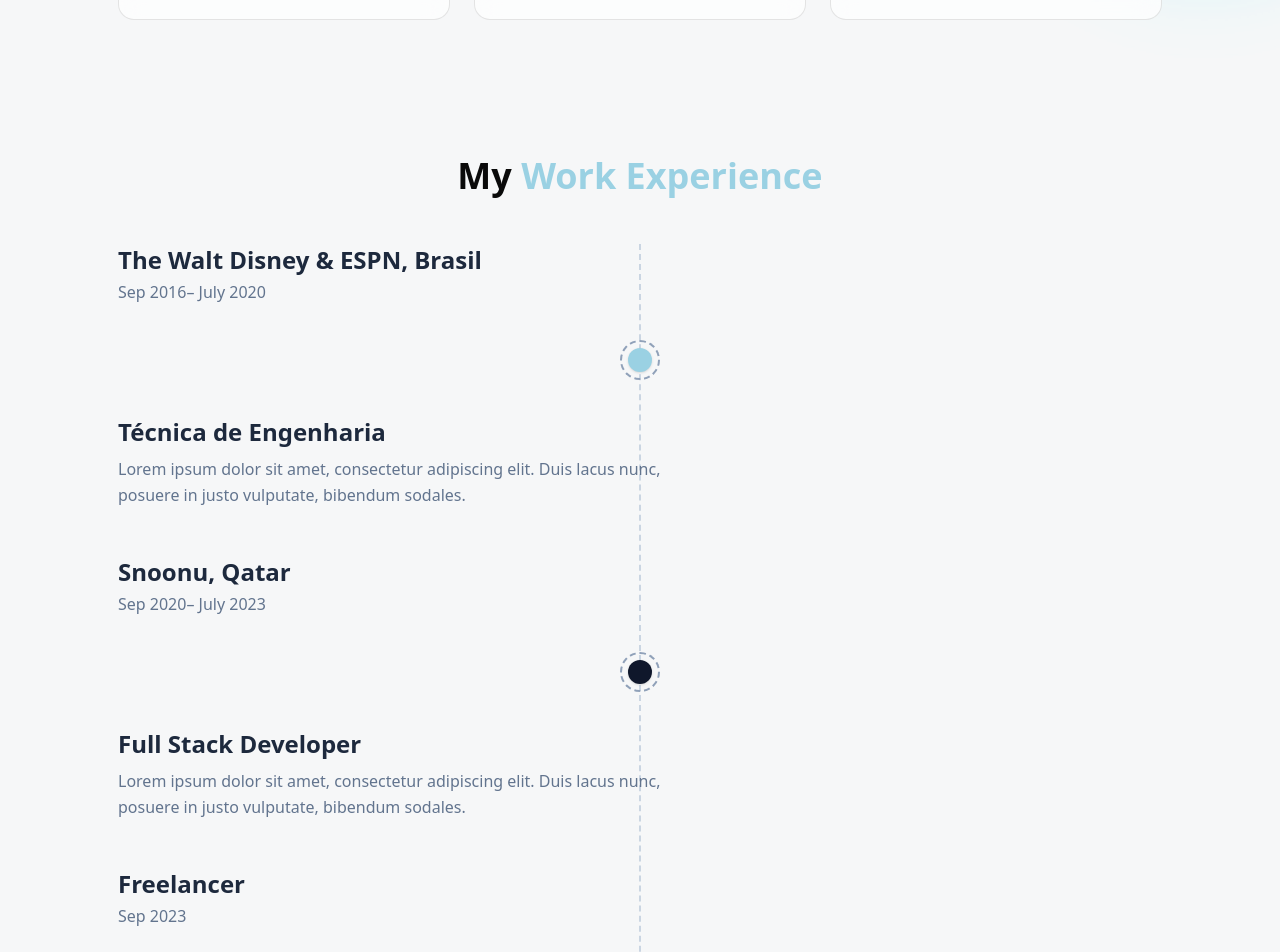
Repository: nina-rebello/portfolio
Page: /
The author's editor kept a copy of each file at every save. The page is drawn from the files as they stood at one save, then again after the next save.
The browser window is 1280 px wide. The pictures show the part of the page from y = 2029 to 2981 px (the page is 3181 px tall before and 3189 px after).
The project was rebuilt for these pictures with package versions that can differ from the ones it lists, and the page was loaded fresh each time. Some packages were replaced by stand-ins written for this rebuild. The framework's server and built-in components were replaced by stand-ins that run in the browser. Also part of the build but not shown: next.config.ts.

Above is the page before, as saved 2025-09-11 18:48:01.

### app/page.tsx
// app/page.tsx
import Header from "@/components/header/Header";
import AboutMe from "@/components/sections/About";
import Hero from "@/components/sections/Hero";
import Projects from "@/components/sections/Projects";
import Services from "@/components/sections/Services";
import WorkExperience from "@/components/sections/WorkExperience";

export default function HomePage() {
  return (
    <>
      <Header />
      <main>
        <Hero />
        <AboutMe />
        <Services />
        <Projects />
        <WorkExperience />
      </main>
    </>
  );
}

### app/globals.css
@import "tailwindcss";
/* app/(styles)/header.css */
:root{
  --bg:#f6f7f8;           /* fundo clarinho do mock */
  --ink:#0a0a0a;          /* texto principal */
  --muted:#4b5563;        /* texto secundário */
  --pill:#ffffff;         /* fundo do header/cta pill */
  --brand:#9ad1e3;        /* azul do “Nina” e estrelas */
}

html,body{background:var(--bg); color:var(--ink);}

/* helpers */
.container-hero{max-width:1100px; margin-inline:auto; padding-inline:clamp(16px,3vw,28px);}
.glass{
  background:var(--pill);
  border:1px solid rgba(0,0,0,.08);
  box-shadow:0 6px 24px rgba(0,0,0,.08);
}
.btn-pill{
  border-radius:9999px; padding:10px 18px; font-weight:600;
  background:#111; color:#fff; border:1px solid rgba(255,255,255,.1);
  transition:transform .15s ease, box-shadow .15s ease, opacity .2s ease;
}
.btn-pill:hover{ transform:translateY(-1px); box-shadow:0 8px 24px rgba(0,0,0,.18);}
.nav-link{ padding:10px 14px; border-radius:12px; font-weight:600; }
.nav-link:hover{ background:rgba(0,0,0,.04); }

.no-scrollbar::-webkit-scrollbar{ display:none; }
.no-scrollbar{ -ms-overflow-style:none; scrollbar-width:none; }

### components/header/Header.tsx
"use client";

import Link from "next/link";
import { useState, useEffect } from "react";
import { Menu, X } from "lucide-react";

const NAV = [
  { label: "About", href: "#about" },
  { label: "Services", href: "#services" },
  { label: "Projects", href: "#projects" },
  { label: "Contact", href: "#contact" },
];

export default function Header() {
  const [open, setOpen] = useState(false);

  // fecha o menu ao navegar/scroll
  useEffect(() => {
    const close = () => setOpen(false);
    window.addEventListener("scroll", close);
    return () => window.removeEventListener("scroll", close);
  }, []);

  return (
    <header className="sticky top-7 z-50">
      <div className="container-hero">
        <div
          className="glass flex items-center justify-between rounded-[32px] px-4 sm:px-6 py-1.5"
          role="navigation"
          aria-label="Primary"
        >
          {/* logo / nome */}
          <Link href="/" className="font-bold tracking-tight text-xl sm:text-2xl">
            Nina
          </Link>

          {/* desktop nav */}
          <nav className="hidden md:flex items-center gap-1">
            {NAV.map((i) => (
              <a key={i.href} href={i.href} className="nav-link">
                {i.label}
              </a>
            ))}
          </nav>

          {/* CTA */}
          <div className="hidden md:block">
            <a href="#contact" className="btn-pill">Let’s Talk</a>
          </div>

          {/* mobile toggle */}
          <button
            aria-label="Abrir menu"
            className="md:hidden p-2 rounded-xl hover:bg-black/5"
            onClick={() => setOpen((v) => !v)}
          >
            {open ? <X /> : <Menu />}
          </button>
        </div>

        {/* mobile sheet */}
        {open && (
          <div className="md:hidden mt-2 glass rounded-3xl p-3">
            <nav className="grid gap-1">
              {NAV.map((i) => (
                <a
                  key={i.href}
                  href={i.href}
                  className="nav-link"
                  onClick={() => setOpen(false)}
                >
                  {i.label}
                </a>
              ))}
              <a href="#contact" className="btn-pill text-center mt-1">
                Let’s Talk
              </a>
            </nav>
          </div>
        )}
      </div>
    </header>
  );
}

### components/sections/About.tsx
export default function AboutMe() {
  return (
    <section id="about" className="bg-[#111] text-white  py-11 sm:py-15 mt-4 sm:mt-20">
      <div className="container-hero text-center">
        <h2 className="text-3xl sm:text-4xl font-extrabold mb-6">
          About Me
        </h2>
        <p className="max-w-2xl mx-auto text-lg text-gray-300 leading-relaxed">
          I’m a passionate website developer focused on building
          clean, responsive, and user-friendly websites.
          {/* <br /> */}
          With strong attention to detail and a love for design,
          I combine creativity with functionality.
        </p>
      </div>
    </section>
  );
}

### components/sections/Hero.tsx
import { Quote, Star } from "lucide-react";

function HelloBubble() {
  return (
    <div className="inline-flex items-center gap-2">
      <span className="inline-flex items-center justify-center rounded-full border px-4 py-2 text-sm font-semibold">
        Hello!
      </span>
    </div>
  );
}

export default function Hero() {
  return (
    <section className="pt-20 sm:pt-28">
      <div className="container-hero">
        {/* bloco principal */}
        <div className="text-center">
          <div className="mb-6 sm:mb-8">
            <HelloBubble />
          </div>

          <p className="text-4xl sm:text-5xl md:text-6xl font-bold tracking-tight">
            I’m{" "}
            <span style={{ color: "var(--brand)" }}>
              Nina
            </span>
            ,
          </p>
          <h1 className="mt-2 text-4xl sm:text-6xl md:text-7xl font-bold tracking-tight">
            Website Developer
          </h1>
        </div>

        {/* faixa inferior: quote esquerda / rating direita */}
        <div className="mt-16 grid grid-cols-1 md:grid-cols-2 gap-8 items-start">
          {/* quote */}
          <div className="flex gap-3">
            <div className="mt-1">
              <Quote className="text-[var(--brand)]" />
            </div>
            <div>
              <p className="font-semibold">
                Lorem ipsum dolor sit amet, consectetur adipiscing elit
              </p>
              <p className="text-[var(--muted)]">
                sed do eiusmod tempor incididunt ut labore et dolore magna aliqua.
              </p>
            </div>
          </div>

          {/* rating / experiência */}
          <div className="flex md:justify-end">
            <div className="text-right">
              <div className="flex justify-end gap-1 mb-2" aria-label="5 out of 5 stars">
                {Array.from({ length: 5 }).map((_, i) => (
                  <Star key={i} className="text-[var(--brand)]" fill="currentColor" size={22} />
                ))}
              </div>
              <div className="text-3xl sm:text-4xl font-bold">2 Years</div>
              <div className="text-[var(--muted)]">Experience</div>
            </div>
          </div>
        </div>
      </div>
    </section>
  );
}

### components/sections/Services.tsx
import Image from "next/image";

const services = [
  {
    icon: "/icons/icons8-source-code-96.png",
    title: "Software Development",
    desc: "Custom applications built to solve real problems.",
  },
  {
    icon: "/icons/icons8-internet-100.png",
    title: "Web Development",
    desc: "Modern, scalable and optimized websites.",
  },
  {
    icon: "/icons/icons8-web-100.png",
    title: "Web Design",
    desc: "In partnership with Luana Rebello, focused on elegant UI.",
  },
];

export default function Services() {
  return (
    <section id="services" className="relative overflow-hidden">
      {/* === gradientes de fundo === */}
      <div className="absolute inset-0 z-0 pointer-events-none select-none">
        <Image
          src="/gradients/light-leak-blur-transparent-free-png.png"
          alt=""
          width={1400}
          height={1000}
          className="absolute -top-10 left-200 w-[1000px] opacity-80"
          priority
        />
        <Image
          src="/gradients/blur-gradient.png"
          alt=""
          width={760}
          height={760}
          className="absolute top-44 right-230 w-[860px] opacity-70"
        />
      </div>

      {/* === faixa branca por cima dos gradientes === */}
      <div className="relative z-10 bg-white pt-20 pb-18 text-center">
        <div className="container-hero">
          <h2 className="text-3xl sm:text-4xl font-extrabold mb-6">Services</h2>
          <p className="max-w-3xl mx-auto text-gray-700">
            Lorem ipsum dolor sit amet consectetur. Mollis erat duis aliquam
            mauris est risus lectus. Phasellus consequat urna tellus
          </p>
        </div>
        {/* fade branco para transição suave */}
        <div className="absolute bottom-0 left-0 right-0 h-12 bg-gradient-to-b from-white to-transparent" />
      </div>

      {/* === grid de cards === */}
    <div className="relative z-10 container-hero py-16">
      <div className="grid gap-8 sm:grid-cols-2 lg:grid-cols-3">
        {services.map((s) => (
          <div
            key={s.title}
            className="rounded-2xl p-8 backdrop-blur-md bg-white/40
                      border border-black/10 shadow-[0_8px_24px_rgba(0,0,0,0.08)]
                      transition hover:shadow-[0_12px_32px_rgba(0,0,0,0.12)]"
          >
            <div className="flex flex-col items-start text-left">
              <Image
                src={s.icon}
                alt={s.title}
                width={50}
                height={50}
                className="mb-4 opacity-90"
              />
              <h3 className="font-semibold text-2xl mb-3">{s.title}</h3>
              <p className="text-gray-600 text-sm leading-relaxed">{s.desc}</p>
              {s.title === "Web Design" && (
                <p className="mt-4 text-xs text-gray-500">
                  Em parceria com Luana Rebello
                </p>
              )}
            </div>
          </div>
        ))}
      </div>
    </div>
    </section>
  );
}

### components/sections/WorkExperience.tsx
"use client";

import React, { useEffect, useRef, useState } from "react";

type Item = {
  company: string;
  period: string;
  role: string;
  description?: string;
};

const ITEMS: Item[] = [
  {
    company: "The Walt Disney & ESPN, Brasil",
    period: "Sep 2016– July 2020",
    role: "Técnica de Engenharia",
    description:
      "Lorem ipsum dolor sit amet, consectetur adipiscing elit. Duis lacus nunc, posuere in justo vulputate, bibendum sodales.",
  },
  {
    company: "Snoonu, Qatar",
    period: "Sep 2020– July 2023",
    role: "Full Stack Developer",
    description:
      "Lorem ipsum dolor sit amet, consectetur adipiscing elit. Duis lacus nunc, posuere in justo vulputate, bibendum sodales.",
  },
  {
    company: "Freelancer",
    period: "Sep 2023",
    role: "Full Stack Developer",
  },
];

export default function WorkExperience() {
  const sectionRef = useRef<HTMLElement | null>(null);
  const [lineOn, setLineOn] = useState(false);
  const [seen, setSeen] = useState<boolean[]>(Array(ITEMS.length).fill(false));
  const rowsRef = useRef<Array<HTMLDivElement | null>>([]);

  useEffect(() => {
    // anima a LINHA única ao entrar
    const ioLine = new IntersectionObserver(
      ([entry]) => setLineOn(entry.isIntersecting),
      { threshold: 0.3 }
    );
    if (sectionRef.current) ioLine.observe(sectionRef.current);
    return () => ioLine.disconnect();
  }, []);

  useEffect(() => {
    // anima cada linha (textos + ponto) com stagger
    const io = new IntersectionObserver(
      (entries) => {
        entries.forEach((entry) => {
          const index = Number((entry.target as HTMLElement).dataset.index);
          if (entry.isIntersecting) {
            setSeen((prev) => {
              if (prev[index]) return prev;
              const next = [...prev];
              next[index] = true;
              return next;
            });
          }
        });
      },
      { threshold: 0.45 }
    );
    rowsRef.current.forEach((el) => el && io.observe(el));
    return () => io.disconnect();
  }, []);

  return (
    <section ref={sectionRef} id="experience" className="relative overflow-hidden py-20">
      <div className="container-hero">
        <h2 className="text-center text-3xl sm:text-4xl font-extrabold">
          My <span className="text-[var(--brand)]">Work Experience</span>
        </h2>

        {/* wrapper com LINHA ÚNICA ao centro */}
        <div className="relative mt-12">
          {/* linha vertical única (tracejada) que atravessa tudo */}
          <div
            className={`pointer-events-none absolute left-1/2 -translate-x-1/2 top-0 bottom-0
                        w-0.5 border-l-2 border-dashed border-slate-300 origin-top
                        transition-transform duration-[1200ms] ease-[cubic-bezier(0.22,1,0.36,1)]
                        ${lineOn ? "scale-y-100" : "scale-y-0"}`}
            aria-hidden
          />

          {/* LINHAS / ITENS */}
<div className="space-y-12">
  {ITEMS.map((it, idx) => {
    const active = seen[idx];
    return (
      <div
        key={it.company + idx}
        ref={(el) => (rowsRef.current[idx] = el)}
        data-index={idx}
        // 3 colunas fixas: esquerda | centro | direita
        className="grid grid-cols-[minmax(0,1fr),64px,minmax(0,1fr)] items-start gap-8"
      >
        {/* ESQUERDA: Empresa + período */}
        <div
          className={`transition-all duration-700 ${
            active ? "opacity-100 translate-x-0" : "opacity-0 -translate-x-6"
          }`}
          style={{ transitionDelay: `${idx * 120}ms` }}
        >
          <h3 className="text-2xl font-extrabold text-slate-800">
            {it.company}
          </h3>
          <p className="mt-1 text-slate-500">{it.period}</p>
        </div>

        {/* CENTRO: ponto (a linha vertical única já está absoluta no wrapper) */}
        <div className="relative flex items-center justify-center h-12">
          <span
            className={`relative inline-flex h-10 w-10 items-center justify-center
                        transition-transform duration-500 ${
                          active ? "scale-100" : "scale-75"
                        }`}
            style={{ transitionDelay: `${220 + idx * 120}ms` }}
          >
            <span className="absolute inset-0 rounded-full border-2 border-dashed border-slate-400" />
            <span
              className={`absolute inset-0 rounded-full ${
                active ? "animate-[pulseRing_1.6s_ease-out_1]" : ""
              }`}
              style={{ animationDelay: `${260 + idx * 120}ms` }}
            />
            <span
              className={`inline-block h-6 w-6 rounded-full shadow
                          ${idx === 1 ? "bg-slate-900" : "bg-[var(--brand)]"}`}
            />
          </span>
        </div>

        {/* DIREITA: Cargo + descrição (lado a lado do nome da empresa) */}
        <div
          className={`transition-all duration-700 ${
            active ? "opacity-100 translate-x-0" : "opacity-0 translate-x-6"
          }`}
          style={{ transitionDelay: `${180 + idx * 120}ms` }}
        >
          <h3 className="text-2xl font-extrabold text-slate-800">
            {it.role}
          </h3>
          {it.description && (
            <p className="mt-2 text-slate-500 leading-relaxed max-w-[560px]">
              {it.description}
            </p>
          )}
        </div>
      </div>
    );
  })}
</div>

        </div>
      </div>

      {/* estilos das animações */}
      <style jsx>{`
        @keyframes pulseRing {
          0% {
            box-shadow: 0 0 0 0 rgba(154, 209, 227, 0.55);
          }
          70% {
            box-shadow: 0 0 0 14px rgba(154, 209, 227, 0);
          }
          100% {
            box-shadow: 0 0 0 0 rgba(154, 209, 227, 0);
          }
        }

        /* responsivo: empilha em telas pequenas */
        @media (max-width: 640px) {
          :global(#experience .grid) {
            grid-template-columns: 1fr;
          }
          :global(#experience .grid > div:nth-child(2)) {
            order: 3;
            height: 48px;
          }
        }
      `}</style>
    </section>
  );
}

Loaded but not shown: app/layout.tsx (common file); components/sections/Projects.tsx (277 lines, source omitted)

After the next save:
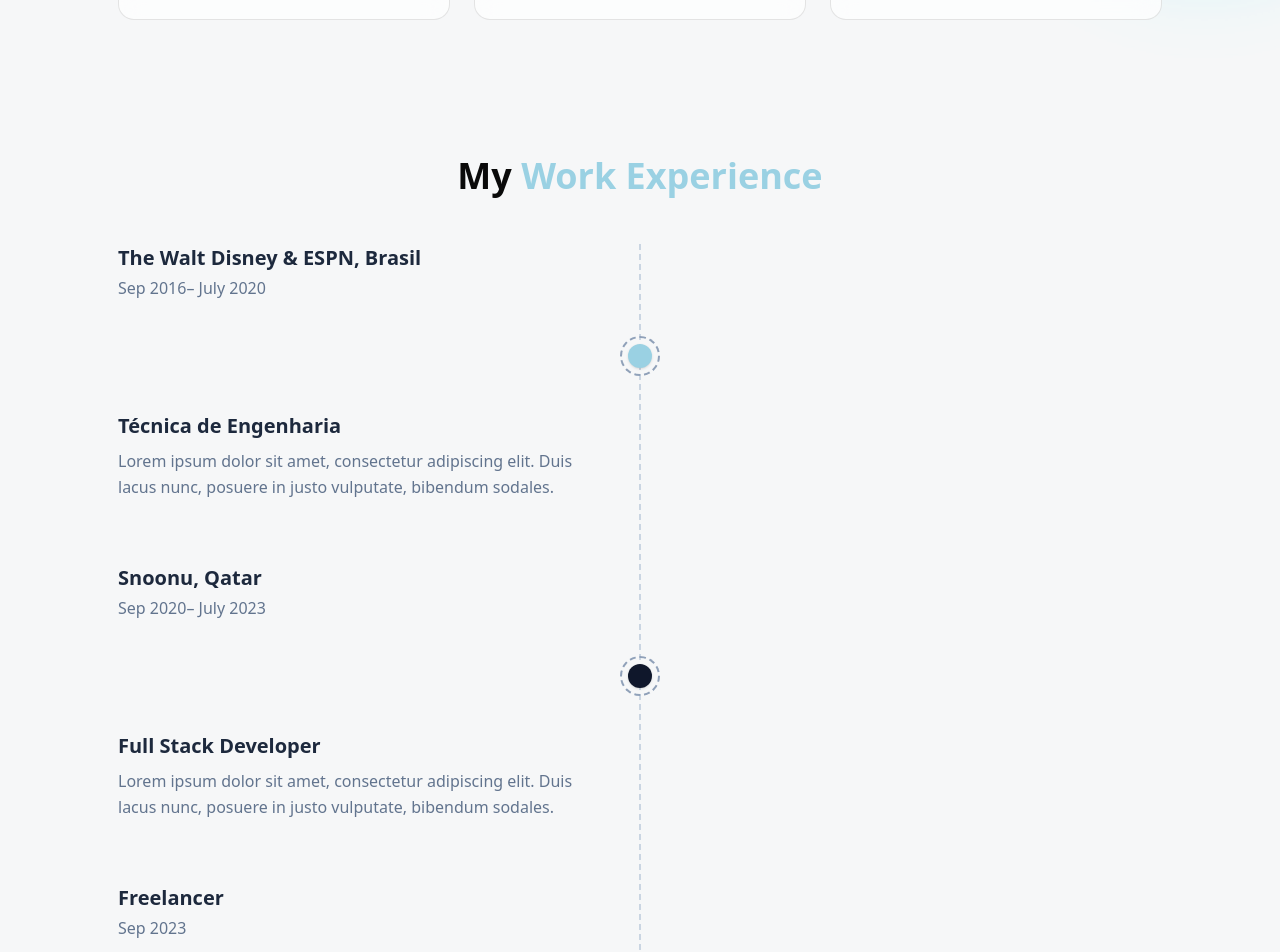
Saved 64 s later.
--- a/components/sections/WorkExperience.tsx
+++ b/components/sections/WorkExperience.tsx
@@ -87,8 +87,7 @@ export default function WorkExperience() {
             aria-hidden
           />
 
-          {/* LINHAS / ITENS */}
-<div className="space-y-12">
+          <div className="space-y-16">
   {ITEMS.map((it, idx) => {
     const active = seen[idx];
     return (
@@ -96,23 +95,22 @@ export default function WorkExperience() {
         key={it.company + idx}
         ref={(el) => (rowsRef.current[idx] = el)}
         data-index={idx}
-        // 3 colunas fixas: esquerda | centro | direita
-        className="grid grid-cols-[minmax(0,1fr),64px,minmax(0,1fr)] items-start gap-8"
+        className="grid grid-cols-[1fr,64px,1fr] items-start gap-8"
       >
-        {/* ESQUERDA: Empresa + período */}
+        {/* ESQUERDA (empresa + período) */}
         <div
           className={`transition-all duration-700 ${
             active ? "opacity-100 translate-x-0" : "opacity-0 -translate-x-6"
           }`}
           style={{ transitionDelay: `${idx * 120}ms` }}
         >
-          <h3 className="text-2xl font-extrabold text-slate-800">
+          <h3 className="text-lg sm:text-xl font-extrabold text-slate-800">
             {it.company}
           </h3>
           <p className="mt-1 text-slate-500">{it.period}</p>
         </div>
 
-        {/* CENTRO: ponto (a linha vertical única já está absoluta no wrapper) */}
+        {/* CENTRO (ponto na linha) */}
         <div className="relative flex items-center justify-center h-12">
           <span
             className={`relative inline-flex h-10 w-10 items-center justify-center
@@ -135,18 +133,18 @@ export default function WorkExperience() {
           </span>
         </div>
 
-        {/* DIREITA: Cargo + descrição (lado a lado do nome da empresa) */}
+        {/* DIREITA (cargo + descrição) */}
         <div
           className={`transition-all duration-700 ${
             active ? "opacity-100 translate-x-0" : "opacity-0 translate-x-6"
           }`}
           style={{ transitionDelay: `${180 + idx * 120}ms` }}
         >
-          <h3 className="text-2xl font-extrabold text-slate-800">
+          <h3 className="text-lg sm:text-xl font-extrabold text-slate-800">
             {it.role}
           </h3>
           {it.description && (
-            <p className="mt-2 text-slate-500 leading-relaxed max-w-[560px]">
+            <p className="mt-2 text-slate-500 leading-relaxed max-w-[460px]">
               {it.description}
             </p>
           )}
